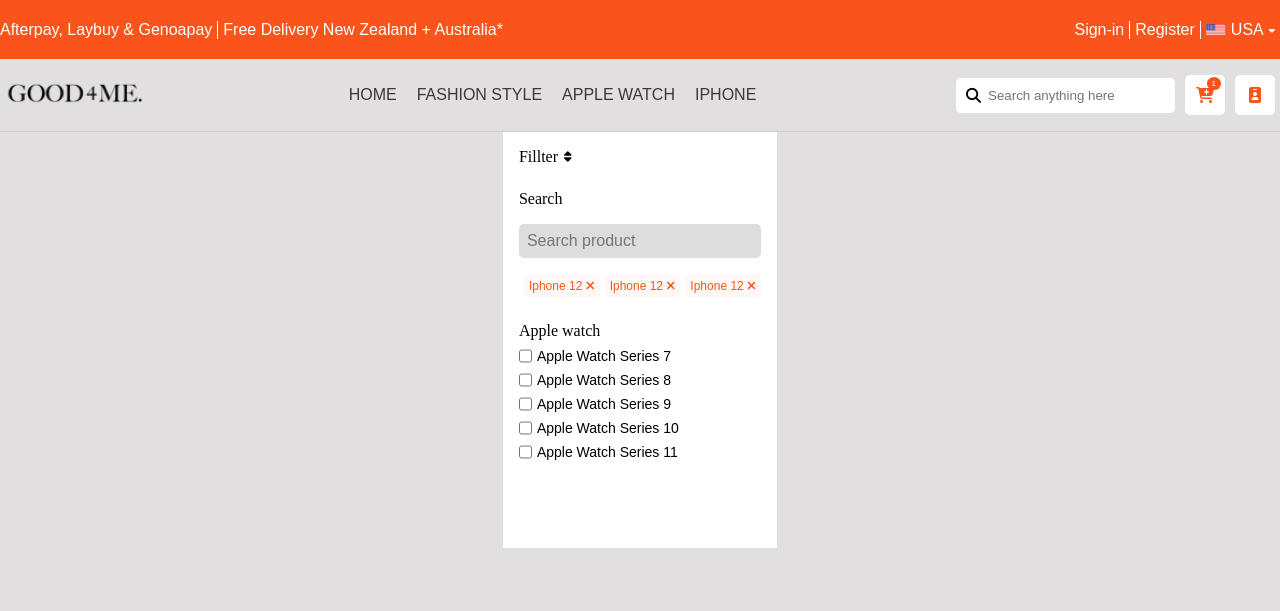
Repository: Ngoc28/Shoppe-web
Page: html/category.html
The author's editor kept a copy of each file at every save. The page is drawn from the files as they stood at one save, then again after the next save.
The browser window is 1280 px wide. The pictures show the whole page.
Some web fonts or font styles are not loaded; a fallback is used.

Above is the page before, as saved 2023-08-08 14:21:38.

After the next save:
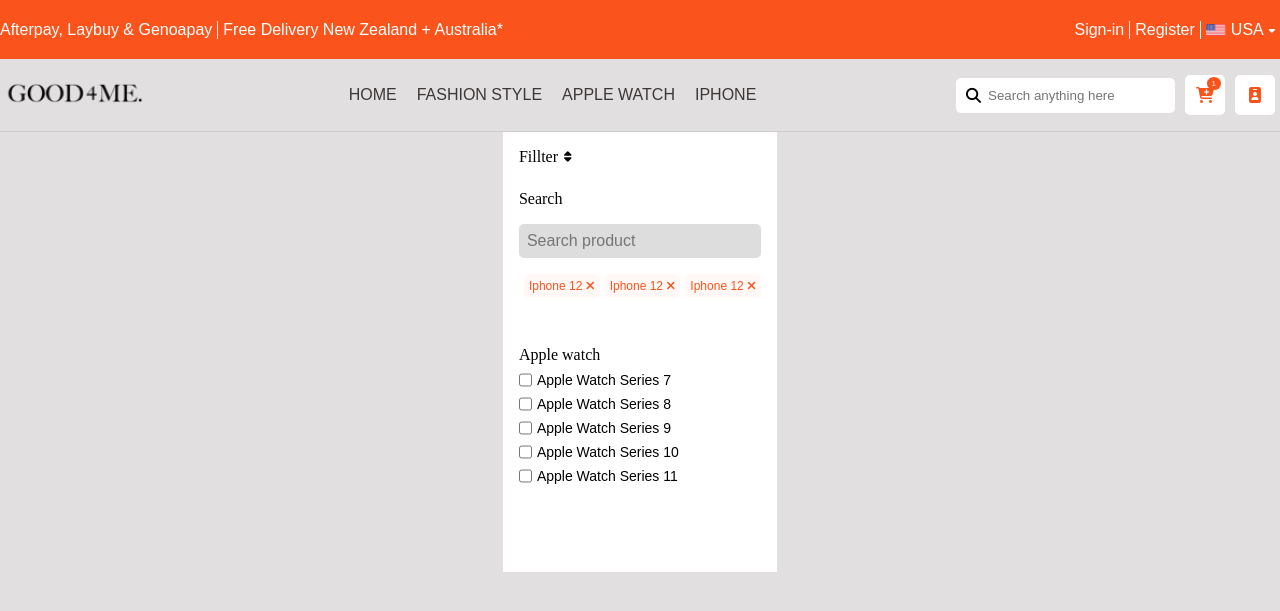
Saved 35 s later.
--- a/html/category.html
+++ b/html/category.html
@@ -95,6 +95,7 @@
 
                     </div>
                 </div>
+                <div class="line"></div>
                 <div class="container-nav-brand">
                     <div class="container-nav-heading">
                         <p>Apple watch</p>
